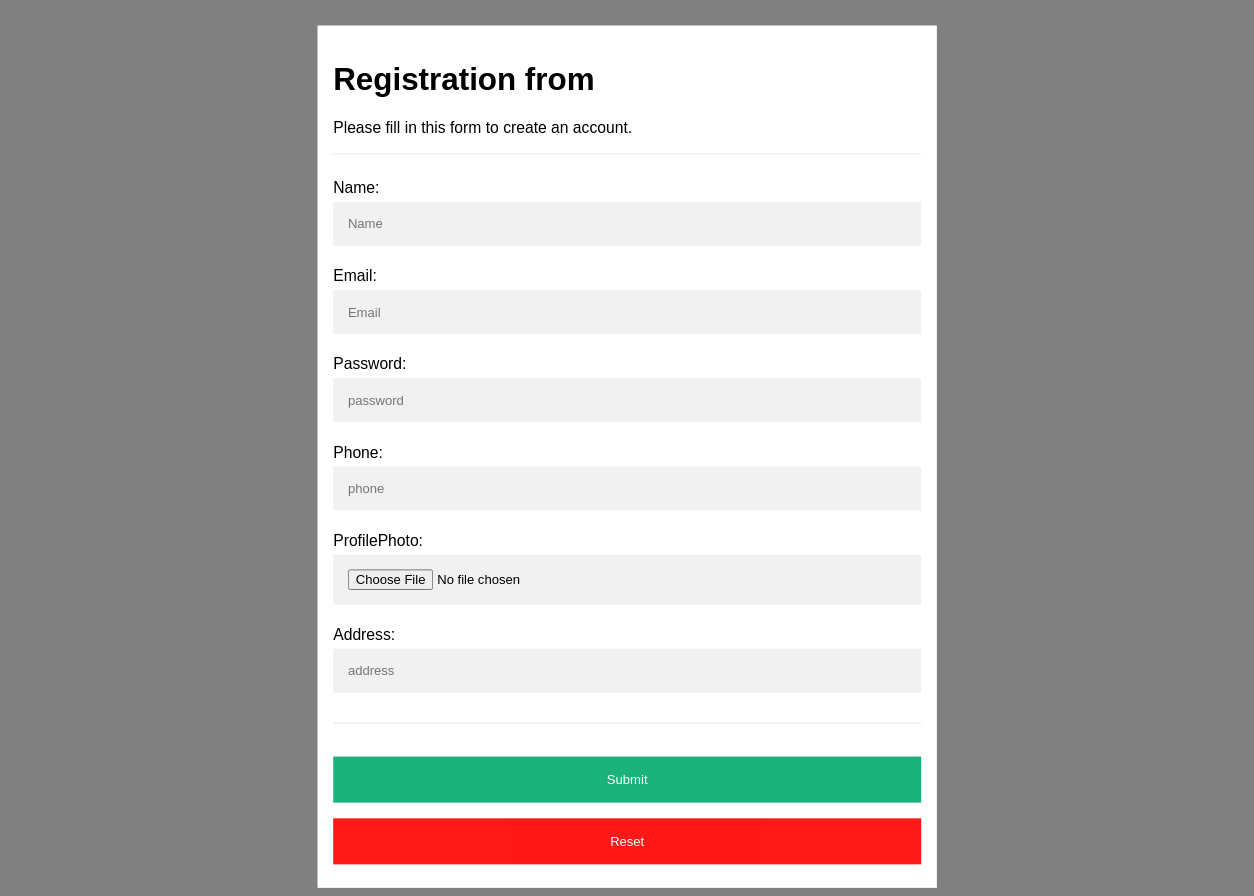
Repository: hemanthchallacs/learning_spring_boot
Page: http://localhost/RegistrationForm
An editor plug-in stored every save of this project. The page is shown before and after the next save, followed by the edit.
The browser window is 1280 px wide. The pictures show the whole page, at 98% of full size.
The page is this project's Thymeleaf template; nobody is signed in. The template is opened directly, without the code that normally fills it, so the values that code supplies are empty.

Above is the page before, as saved 2021-07-12 18:17:39.

After the next save:
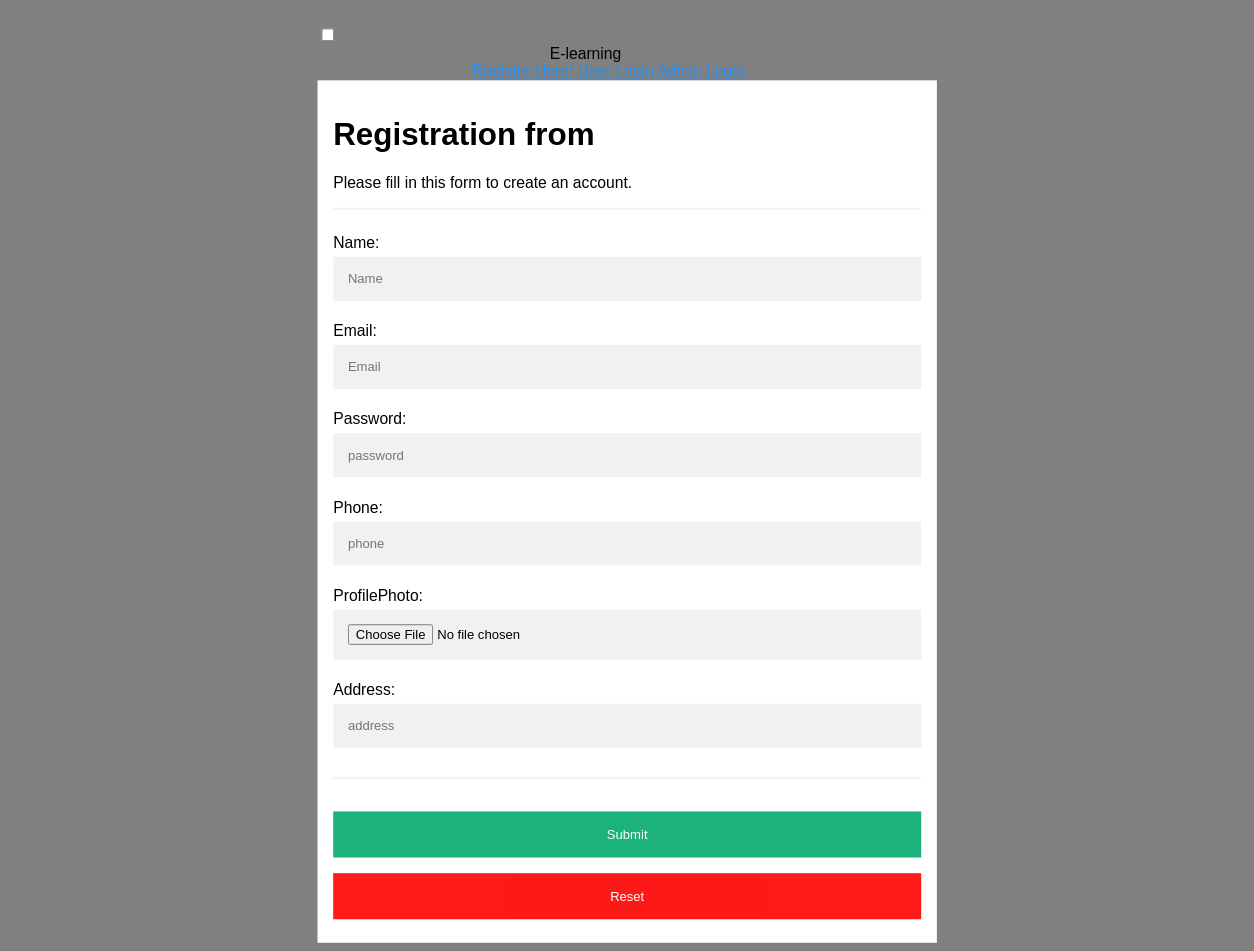
Saved 69 s later.
--- a/ver1_elearning/src/main/resources/templates/RegistrationForm.html
+++ b/ver1_elearning/src/main/resources/templates/RegistrationForm.html
@@ -101,7 +101,28 @@ a {
 
 <br>
 
+<div class="nav">
+  <input type="checkbox" id="nav-check">
+  <div class="nav-header">
+    <div class="nav-title">
+      E-learning
+    </div>
+  </div>
+  <div class="nav-btn">
+    <label for="nav-check">
+      <span></span>
+      <span></span>
+      <span></span>
+    </label>
+  </div>
 
+  <div class="nav-links">
+   <a th:href=@{/RegistrationForm}>Register Here!</a>
+	<a th:href=@{/login}>User Login</a>
+	<a th:href=@{/adminlogin}>Admin Login</a>
+
+  </div>
+</div>
 
 
 
